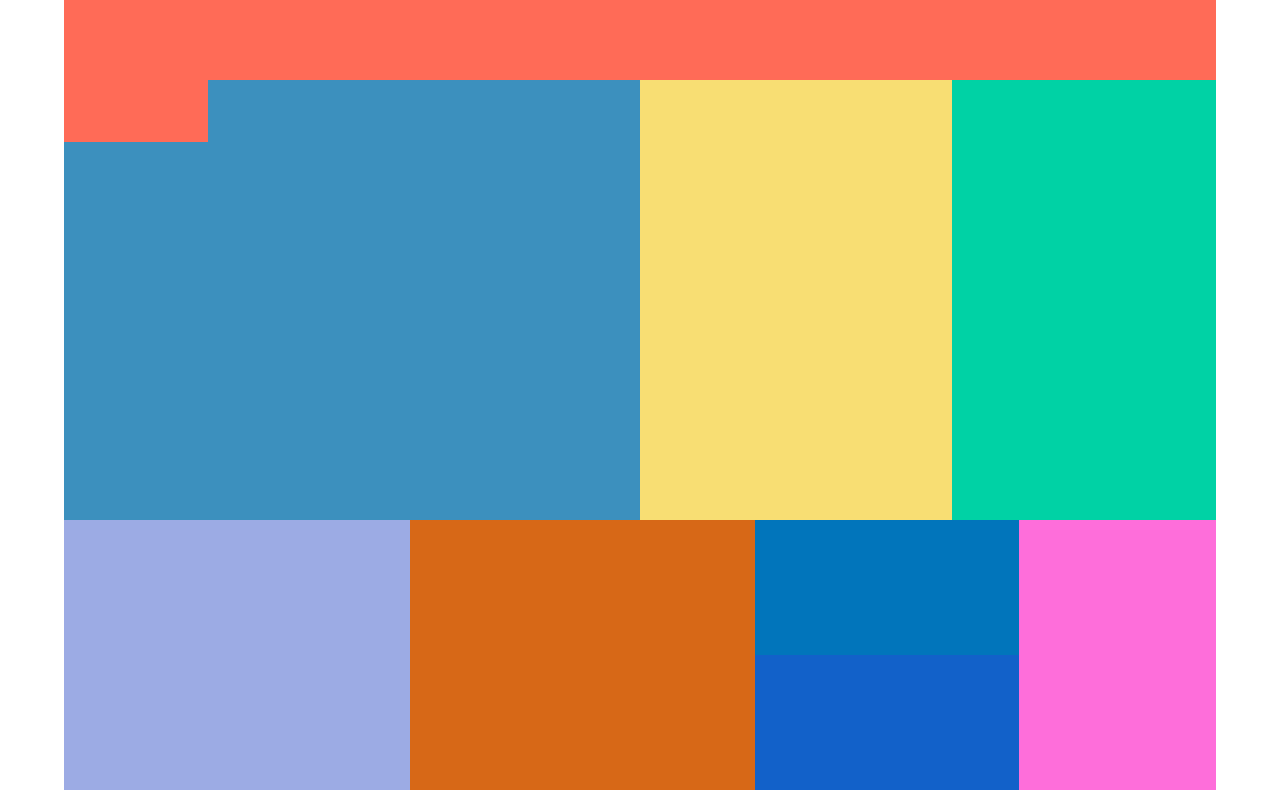
Repository: bongbong3/Study
Page: http://localhost/ResponsiveWebMake/
An editor plug-in stored every save of this project. The page is shown before and after the next save, followed by the edit.
The browser window is 1280 px wide. The pictures show the whole page.
The page is served by Tomcat 9. Other server files are loaded and not shown.

Above is the page before, as saved 2018-06-23 09:51:00.

### HTML/ResponsiveWebMake/src/main/webapp/WEB-INF/views/home.jsp
<%@ taglib uri="http://java.sun.com/jsp/jstl/core" prefix="c" %>
<%@ page session="false" %>
<!DOCTYPE HTML>
<html lang="ko">
<head>
<meta charset="UTF-8">
<meta name="viewport" content="width=device-width, initial-scale=1, minimum-scale=1, maximum-scale=1, user-scalable=no">
<title>Document</title>
<style>
*{margin:0; padding:0;}

#wrap{
display:flex;
flex-flow:row wrap;
width:90%;
margin:0 auto;
}
.header{
display:flex;
order:1;
position:relative;
width:100%;
justify-content:flex-end;
}
.header h1{
position:absolute;
top:0;
left:0;
width:12.5%;
height:142px;
background:#ff6b57;
}
.header nav{
width:87.5%;
min-height:80px;
background:#ff6b57;
}
.slider_section{
order:2;
width:50%;
background:#3c90be;
}
.gallery_section{
order:3;
width:27.08333333333%;
height:440px;
background:#f8de73;
}
.rankup_section{
order:4;
width:22.9166666667%;
background:#00d2a5;
}
.latest_post_section{
order:5;
width:30%;
background:#9cabe4;
}
.popular_post_section{
order:6;
width:30%;
background:#d76817;
}
.banner_section{
display:flex;
order:7;
flex-flow:column nowrap;
width:22.91666667%;
}
.banner_section div{
flex:1 1 0;
}
.banner_section div.banner_box_01{
background:#0175bb;
}
.banner_section div.banner_box_02{
background:#1261c9;
}
.social_section{
order:8;
width:17.08333333%;
height:270px;
background:#fe6eda;
}
</style>
</head>
<body>
	<div id="wrap">
		<header class="header">
			<h1></h1>
			<nav></nav>
		</header>
		<section class="slider_section"></section>
		<section class="gallery_section"></section>
		<section class="rankup_section"></section>

		<section class="latest_post_section"></section>
		<section class="popular_post_section"></section>
		<section class="banner_section">
			<div class="banner_box_01"></div>
			<div class="banner_box_02"></div>
		</section>
		<section class="social_section"></section>
		<footer class="footer"></footer>
	</div>
</body>
</html>

After the next save:
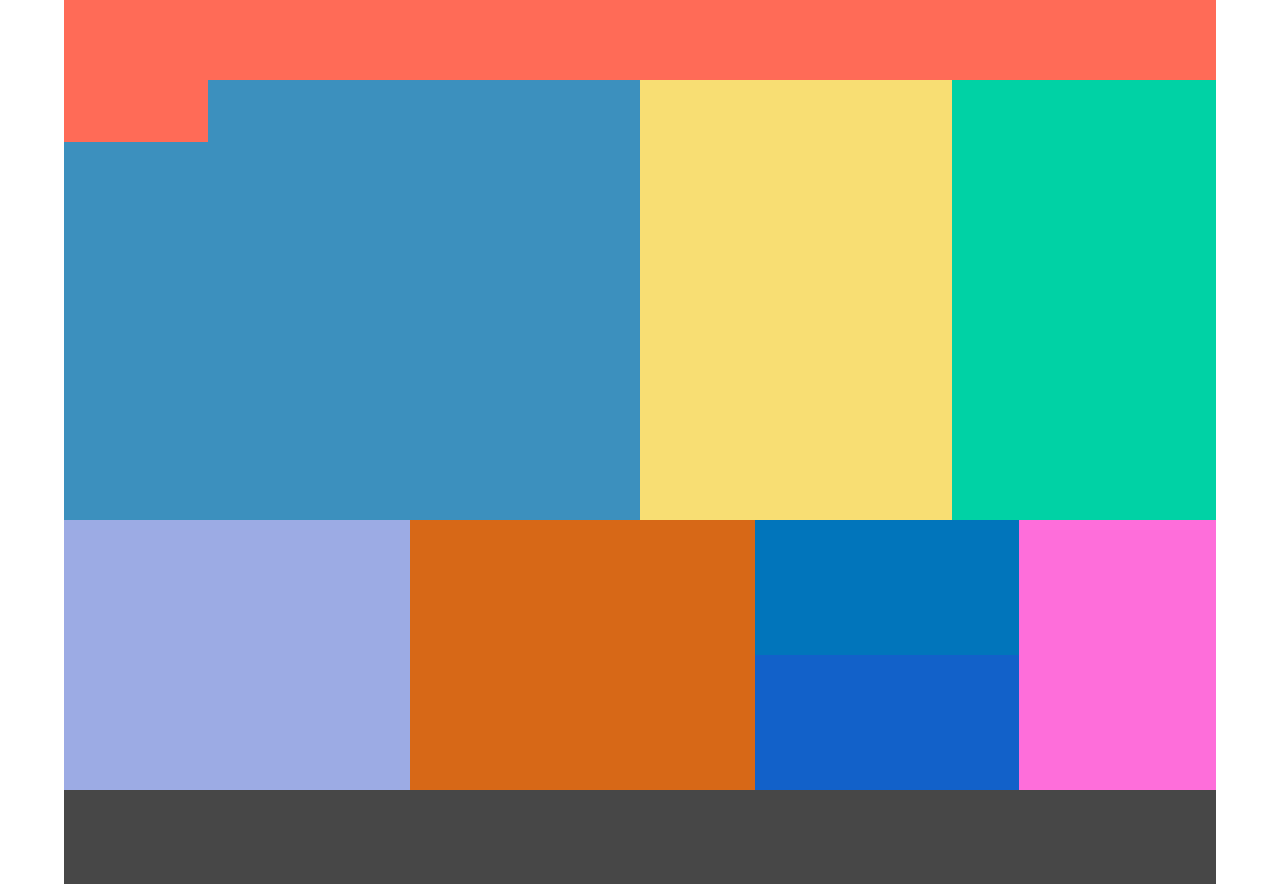
Saved 37 s later.
--- a/HTML/ResponsiveWebMake/src/main/webapp/WEB-INF/views/home.jsp
+++ b/HTML/ResponsiveWebMake/src/main/webapp/WEB-INF/views/home.jsp
@@ -82,6 +82,12 @@ width:17.08333333%;
 height:270px;
 background:#fe6eda;
 }
+.footer{
+order:9;
+width:100%;
+height:94px;
+background:#474747;
+}
 </style>
 </head>
 <body>
